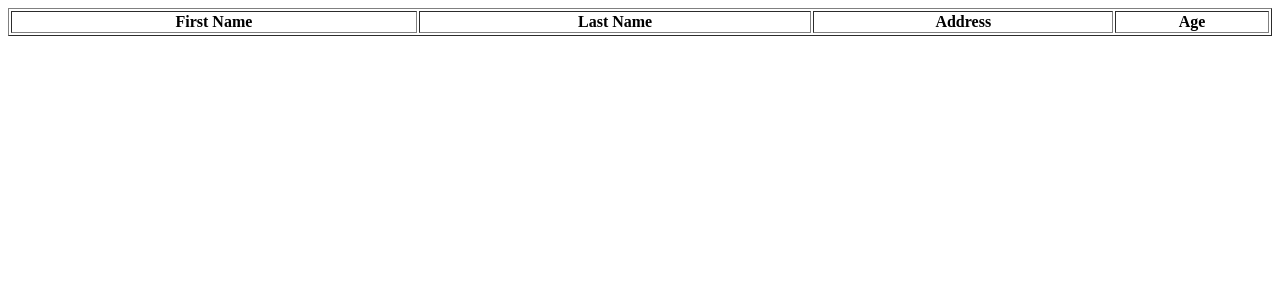
Repository: priyankamergu/MyAllProjects
Page: http://localhost/NewTrainingServlet/UserShow.jsp
The author's editor kept a copy of each file at every save. The page is drawn from the files as they stood at one save, then again after the next save.
The browser window is 1280 px wide. The pictures show the whole page.
The page is served by Tomcat 9. Queries for data that is not in the repository find no rows.

Above is the page before, as saved 2019-11-07 09:25:27.

After the next save:
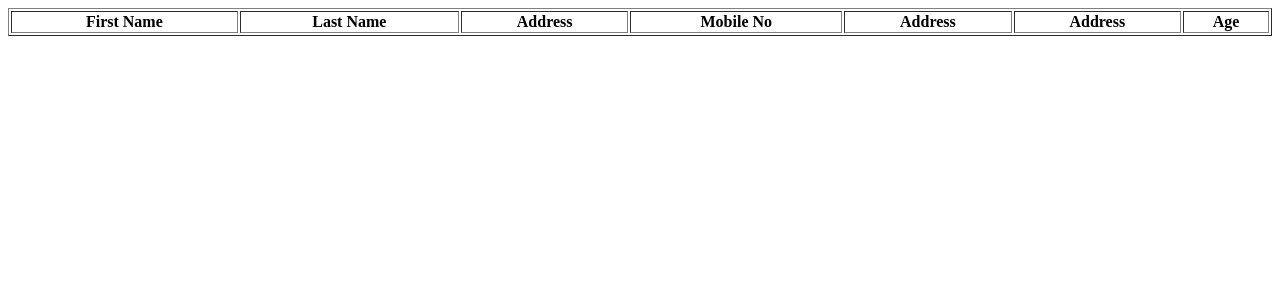
Saved 20 s later.
--- a/Workspace_JEE7_WEB/NewTrainingServlet/WebContent/UserShow.jsp
+++ b/Workspace_JEE7_WEB/NewTrainingServlet/WebContent/UserShow.jsp
@@ -22,6 +22,9 @@ SELECT * FROM registration;
             <th>First Name</th>
             <th>Last Name</th>
             <th>Address</th>
+            <th>Mobile No</th>
+            <th>Address</th>
+            <th>Address</th>
             <th>Age</th>
          </tr>
 </table>
